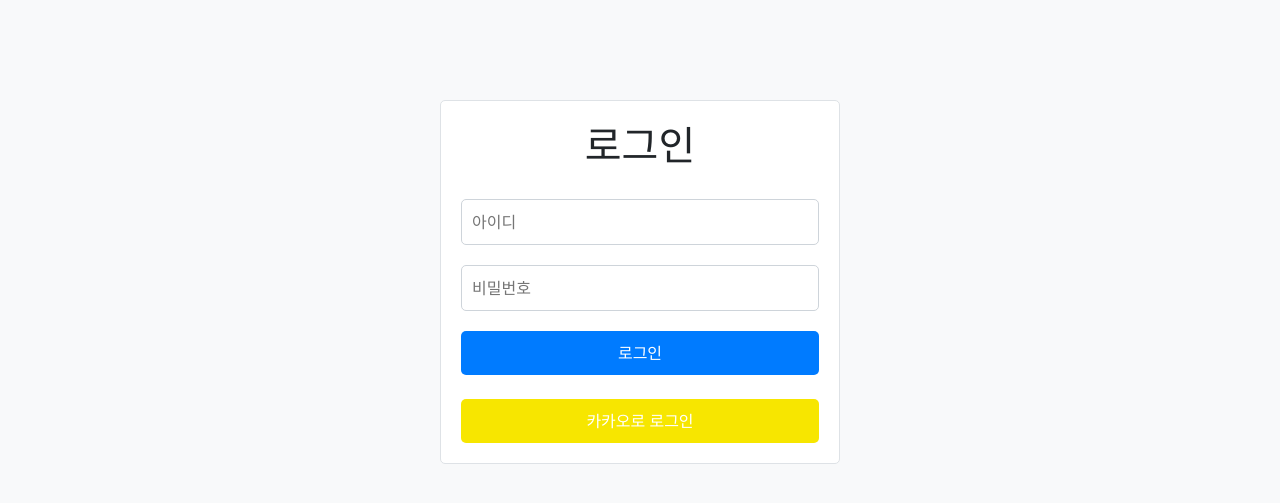
Repository: scy0814/Spring
Page: http://localhost/CYBank/jsp/login/Login.jsp
These files come from the project's save history. The page is drawn as it stood at one moment and after the next save; the edit follows.
The browser window is 1280 px wide. The pictures show the whole page.
The page is served by Tomcat 9. Other server files are loaded and not shown.

Above is the page before, as saved 2023-07-02 02:38:17.

### CYBank/src/main/webapp/jsp/login/Login.jsp
<%@ page language="java" contentType="text/html; charset=UTF-8" pageEncoding="UTF-8"%>
<!DOCTYPE html>
<html lang="en">
<head>
    <meta charset="UTF-8">
    <meta http-equiv="X-UA-Compatible" content="IE=edge">
    <meta name="viewport" content="width=device-width, initial-scale=1.0">
    <title>로그인</title>
    <!-- Bootstrap CSS -->
    <link rel="stylesheet" href="https://cdn.jsdelivr.net/npm/bootstrap@5.3.0/dist/css/bootstrap.min.css">
    <!-- Custom CSS -->
    <style>
        body {
            background-color: #f8f9fa;
        }

        .container {
            margin-top: 100px;
        }

        .login-wrapper {
            max-width: 400px;
            margin: 0 auto;
            background-color: #ffffff;
            border: 1px solid #dee2e6;
            border-radius: 5px;
            padding: 20px;
        }

        h1 {
            text-align: center;
            margin-bottom: 30px;
        }

        input[type="text"],
        input[type="password"] {
            width: 100%;
            padding: 10px;
            margin-bottom: 20px;
            border: 1px solid #ced4da;
            border-radius: 5px;
        }

        input[type="submit"] {
            width: 100%;
            padding: 10px;
            background-color: #007bff;
            color: #ffffff;
            border: none;
            border-radius: 5px;
            cursor: pointer;
        }

        input[type="submit"]:hover {
            background-color: #0056b3;
        }

        .kakao-login-btn {
            width: 100%;
            padding: 10px;
            background-color: #ffeb00;
            color: #000000;
            border: none;
            border-radius: 5px;
            cursor: pointer;
            text-align: center;
        }

        .kakao-login-btn:hover {
            background-color: #ffd600;
        }
    </style>
</head>
<body>
    <div class="container">
        <div class="login-wrapper">
            <h1>로그인</h1>
            <form method="post" action="${pageContext.request.contextPath}/loginProcess.do" id="login-form">
                <input type="text" name="id" placeholder="아이디">
                <input type="password" name="password" placeholder="비밀번호">
                <input type="submit" value="로그인">
            </form><br>
            <form method="post" action="${pageContext.request.contextPath}/kakaoLogin.do">
                <input type="submit" class="kakao-login-btn" style="background-color : #F7E600"  value="카카오로 로그인">
            </form>
        </div>
    </div>

    <!-- Bootstrap JS -->
    <script src="https://cdn.jsdelivr.net/npm/bootstrap@5.3.0/dist/js/bootstrap.bundle.min.js"></script>
</body>
</html>

After the next save:
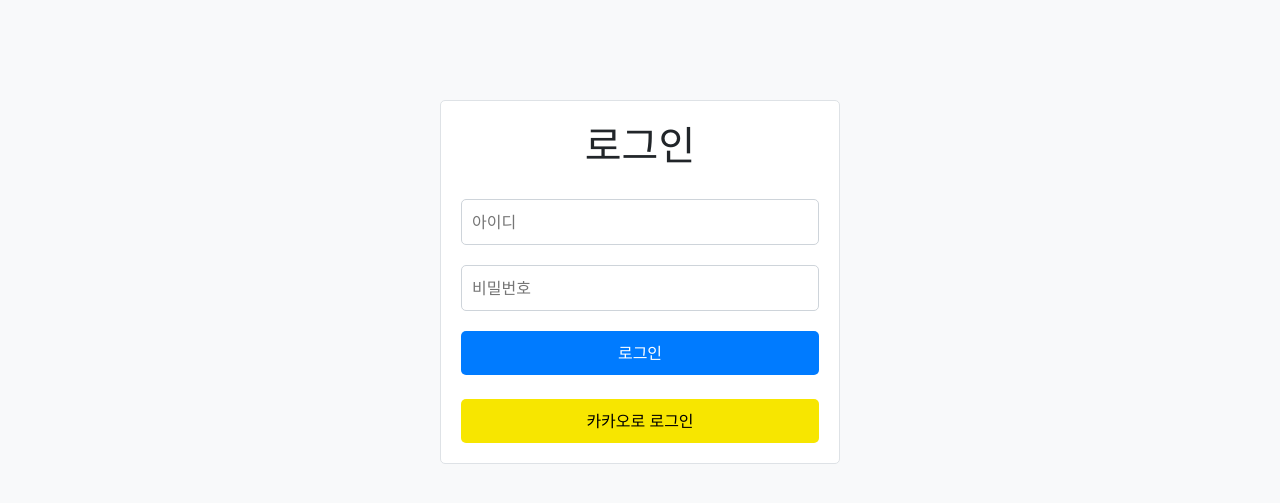
Saved 22 s later.
--- a/CYBank/src/main/webapp/jsp/login/Login.jsp
+++ b/CYBank/src/main/webapp/jsp/login/Login.jsp
@@ -81,7 +81,7 @@
                 <input type="submit" value="로그인">
             </form><br>
             <form method="post" action="${pageContext.request.contextPath}/kakaoLogin.do">
-                <input type="submit" class="kakao-login-btn" style="background-color : #F7E600"  value="카카오로 로그인">
+                <input type="submit" class="kakao-login-btn" style="background-color : #F7E600 ; color : black;"  value="카카오로 로그인">
             </form>
         </div>
     </div>
